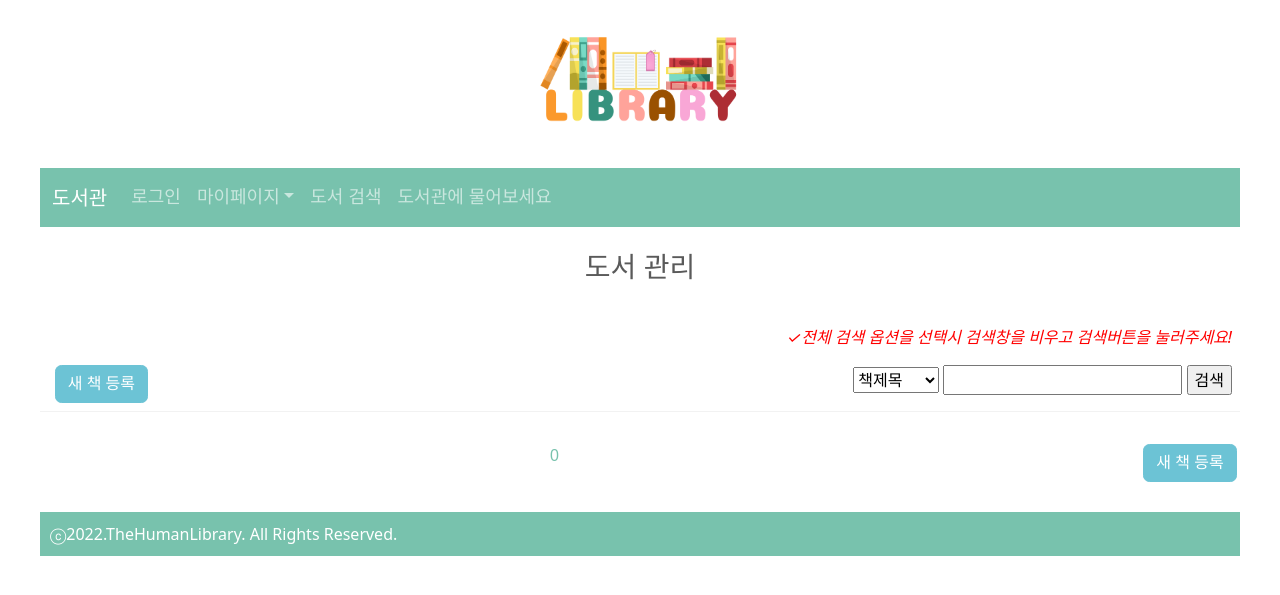
Repository: ahnbin00/Library
Page: http://localhost/BookRental/WEB-INF/book/manageBookList.jsp
These files come from the project's save history. The page is drawn as it stood at one moment and after the next save; the edit follows.
The browser window is 1280 px wide. The pictures show the whole page.
Some web fonts or font styles are not loaded; a fallback is used. Some web libraries are served in a nearby version. The page is served by Tomcat 9. Nobody is signed in. Other server files are loaded and not shown. The template is opened directly, without the code that normally fills it, so the values that code supplies are empty.

Above is the page before, as saved 2022-12-22 07:31:16.

### BookRental/src/main/webapp/WEB-INF/book/manageBookList.jsp
<%@page import="java.util.List"%>

<%@ page language="java" contentType="text/html; charset=UTF-8"
   pageEncoding="UTF-8"%>
    <%@ taglib prefix="c" uri="http://java.sun.com/jsp/jstl/core" %>
<!DOCTYPE html>
<html>
<head>
<meta charset="UTF-8">
<link rel="stylesheet"
   href="resources/bootstrap.css">
   <link rel="stylesheet" href="https://cdn.jsdelivr.net/npm/bootstrap-icons@1.7.1/font/bootstrap-icons.css">
<title>도서 목록/검색</title>
<style type="text/css">
@import url('https://fonts.googleapis.com/css2?family=Jua&display=swap');
ul li a{
text-decoration: none;
padding: 10px;
}
ul li a:hover{
background-color: #78c2ad;
color: white;
border-radius:5px;
}
th{
width: 80px;
}
</style>
</head>
<body style="width:1200px; text-align:center; margin: 0 auto;" >
	<header>
		<h1 style="text-align: center; padding-top: 30px; padding-bottom: 30px;"><img alt="로고" src="resources/logo.png" width="200px" height="100px"></h1>
    </header>

	<nav>
		<%@ include file="/WEB-INF/book/banner.jsp" %>
	</nav>
   <br>

   <h3>도서 관리</h3>



   <!-- 검색 시작 -->
   <form action="getBookListManage.do" method="post">
      <table class="table">
         <tr>
            <td align="right">
            <p style="color: red;font-style: italic;">✓전체 검색 옵션을 선택시 검색창을 비우고 검색버튼을 눌러주세요!</p>

            <div style="width: 100px; float: left;">
      			<button type="button" class="btn btn-info" onclick="location.href='insertBookPage.do'">새 책 등록</button>
   			</div>

            <select id="searchCondition" name="searchCondition">
                  <option value="TITLE" ${vo.searchCondition == 'TITLE' ? 'selected="selected"' : '' }>책제목</option>
                  <option value="WRITER" ${vo.searchCondition == 'WRITER' ? 'selected="selected"' : '' }>저자</option>
                  <option value="PUBLISHER" ${vo.searchCondition == 'PUBLISHER' ? 'selected="selected"' : '' }>출판사</option>
                  <option value="TITLE">전체 검색</option>
            </select>
            <input type="text" name="searchKeyword" value="${vo.searchKeyword }">
            <input type="submit" value="검색"></td><br>
         </tr>
      </table>
   </form>
   <!-- 검색 종료 -->


   <table class="table" style="width:1200px;">
      <c:forEach var="bookList" items="${bookList }">
         <tr>
            <td style="height:100px" rowspan="6"><img src="${bookList.image }" width="160"></td>
               <th>제목</th>
               <td>${bookList.title }</td>
          </tr>
          <tr>
               <th>ISBN</th>
               <td>${bookList.isbn }</td>
          </tr>
          <tr>
             <th>작가</th>
               <td>${bookList.writer}</td>
          </tr>
          <tr>
             <th>출판사</th>
               <td>${bookList.publisher}</td>
          </tr>
          <tr>
             <th>소개</th>
               <td>${bookList.content}</td>
          </tr>
          <tr>
             <td colspan="2">
                <button type="button" class="btn btn-dark" onclick="location.href='getBookManage.do?isbn=${bookList.isbn }'">수정</button>
                <button type="button" class="btn btn-danger" onclick="location.href='deleteBook.do?seq=${bookList.seq }'">삭제</button>
             </td>
          </tr>
       </c:forEach>
   </table>
   <div style="width: 100px; float: right;">
      <button type="button" class="btn btn-info" onclick="location.href='insertBookPage.do'">새 책 등록</button>
   </div>

   <!-- 페이징 -->
 	<div>
         <ul class="pagination" style="text-align: center; width:100px; margin: auto auto;" >
<!--             이전 페이지 시작 -->
            <c:if test='${map.startPage > 10}'>
            <li class="paginate_button page-item previous" id="dataTable_previous">
            <a href="getBookList.do?pageNum=${map.startPage-10 }" aria-controls="dataTable" data-dt-idx="0" tabindex="0" class="page-link">이전페이지</a>
            </li>
            </c:if>
<!--             이전 페이지 끝 -->

<!--             페이징 넘버링 시작 -->
            <c:forEach var="num" begin="${map.startPage }" end="${map.endPage }">
               <li class="pagination_button-item  <c:if test='${vo.pageNum eq num }'>active</c:if>">
                  <a href="getBookList.do?pageNum=${num }&searchKeyword=${vo.searchKeyword}&searchCondition=${vo.searchCondition}">${num }&nbsp;</a>
               </li>
            </c:forEach>
<!--             페이징 넘버링 끝 -->

<!--             다음 페이지 시작 -->
            <c:if test='${map.totalPages > map.endPage }'>
            <li class="paginate_button page-item next" id="dataTable_next">
            <a href="getBookList.do?pageNum=${vo.pageNum+map.nextFirstNumPage }" aria-controls="dataTable" data-dt-idx="7" tabindex="0" class="page-link">다음페이지</a>
            </li>
            </c:if>
<!--             다음 페이지 끝 -->
         </ul>
      </div>
      <br>

	<%@ include file="/WEB-INF/book/footer.jsp" %>
</body>
</html>

### BookRental/src/main/webapp/WEB-INF/book/banner.jsp
<%@ page language="java" contentType="text/html; charset=UTF-8"
   pageEncoding="UTF-8"%>
<%@ taglib prefix="c" uri="http://java.sun.com/jsp/jstl/core" %>
<!DOCTYPE html>
<html>
<head>
<meta charset="UTF-8">
<link rel="stylesheet"
   href="../resources/bootstrap.css">
   <script src="https://cdn.jsdelivr.net/npm/bootstrap@5.2.2/dist/js/bootstrap.bundle.min.js" integrity="sha384-OERcA2EqjJCMA+/3y+gxIOqMEjwtxJY7qPCqsdltbNJuaOe923+mo//f6V8Qbsw3" crossorigin="anonymous"></script>
<title>상단 메인 배너</title>
<style type="text/css">
@import url('https://fonts.googleapis.com/css2?family=Jua&display=swap');
body ul, a{
font-family: 'Jua', sans-serif;
}
</style>
</head>
<body style="width:1200px;">
<nav class="navbar navbar-expand-lg navbar-dark bg-primary">
  <div class="container-fluid">
    <a class="navbar-brand" href="index.do">도서관</a>
    <button class="navbar-toggler" type="button" data-bs-toggle="collapse" data-bs-target="#navbarColor01" aria-controls="navbarColor01" aria-expanded="false" aria-label="Toggle navigation">
      <span class="navbar-toggler-icon"></span>
    </button>
    <div class="collapse navbar-collapse" id="navbarColor01">
      <ul class="navbar-nav me-auto">
        <li class="nav-item">
        <c:choose>
         <c:when test="${empty id }">
            <a class="nav-link" href="login.do" style="font-size:18px">로그인
            <span class="visually-hidden">(current)</span>
             </a>
         </c:when>
         <c:otherwise>
             <a class="nav-link" href="logout.do" style="font-size:18px">로그아웃
             <span class="visually-hidden">(current)</span>
             </a>
         </c:otherwise>
         </c:choose>
         <c:if test="${id eq 'admin' }">
        	<li class="nav-item">
			<a class="nav-link" href="getMemberList.do">회원 관리</a>
			</li>
			<li class="nav-item">
			<a class="nav-link" href="getBookListManage.do">도서 관리</a>
			</li>
			<li class="nav-item">
			<a class="nav-link" href="getRentalList.do">대여 현황</a>
			</li>
			<li class="nav-item">
			<a class="nav-link" href="getQnaListManage.do">도서관에 물어보세요</a>
			</li>
         </c:if>
        </li>
        <c:if test="${id ne 'admin' }">
        <li class="nav-item dropdown">
          <a class="nav-link dropdown-toggle" data-bs-toggle="dropdown" role="button" aria-haspopup="true" aria-expanded="false" style="font-size:18px">마이페이지</a>
          <div class="dropdown-menu">
             <c:choose>
             <c:when test="${empty id }">
             <a class="dropdown-item" href="login.do" style="font-size:18px">회원정보수정</a>
            <a class="dropdown-item" href="login.do" style="font-size:18px">회원대출정보</a>
             </c:when>
             <c:otherwise>
             <a class="dropdown-item" href="getMember.do?id=${id}" style="font-size:18px">회원정보수정</a>
            <a class="dropdown-item" href="memberRental.do?id=${id}" style="font-size:18px">회원대출정보</a>
             </c:otherwise>
             </c:choose>
          </div>
        </li>
        <li class="nav-item">
          <a class="nav-link" href="getBookList.do" style="font-size:18px">도서 검색</a>
        </li>
        <li class="nav-item">
          <a class="nav-link" href="getQnaList.do" style="font-size:18px">도서관에 물어보세요</a>
        </li>
      </ul>
      </c:if>
<!--       <form class="d-flex"> -->
<!--         <input class="form-control me-sm-2" type="text" placeholder="Search"> -->
<!--         <button class="btn btn-secondary my-2 my-sm-0" type="submit">Search</button> -->
<!--       </form> -->
    </div>
  </div>
</nav>

</body>
</html>

### BookRental/src/main/webapp/WEB-INF/book/footer.jsp
<%@ page language="java" contentType="text/html; charset=UTF-8"
    pageEncoding="UTF-8"%>
<!DOCTYPE html>
<html>
<head>
<meta charset="UTF-8">
<title>Insert title here</title>
<style type="text/css">
footer{
margin-top: 20px;
padding: 10px;
width: 1200px;
background-color: #78c2ad;
text-align: left;
color: white;
}
</style>
</head>
<body>

   <footer>
		ⓒ2022.TheHumanLibrary. All Rights Reserved.
   </footer>

</body>
</html>

Loaded but not shown: BookRental/src/main/webapp/resources/bootstrap.css (library)

After the next save:
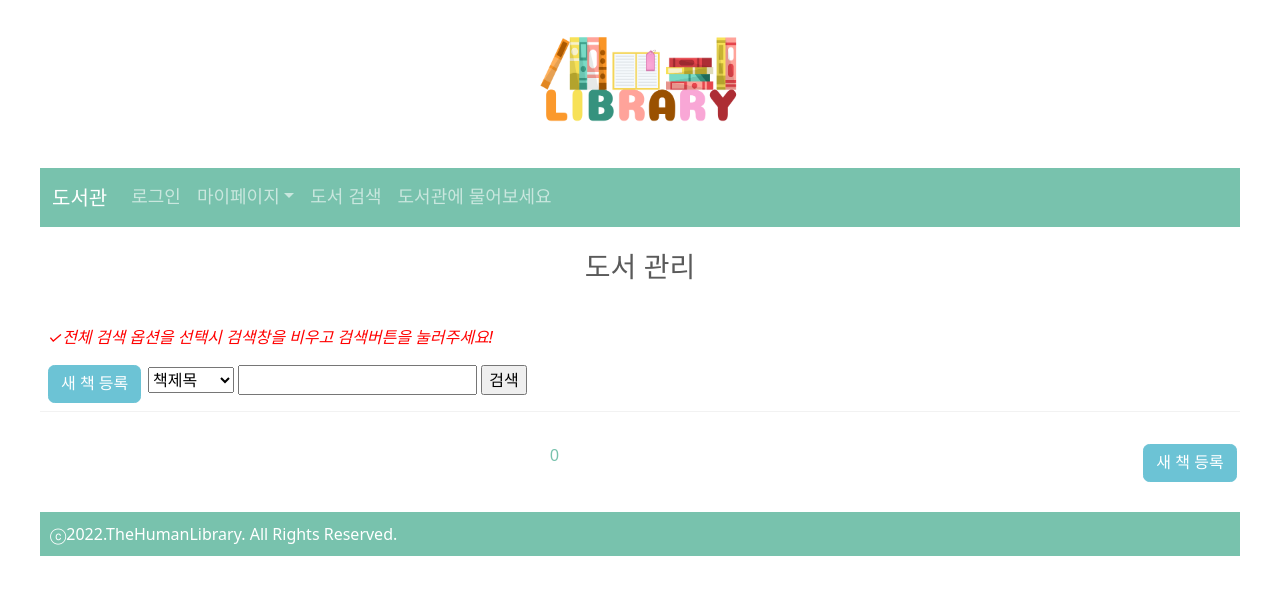
Saved 61 s later.
--- a/BookRental/src/main/webapp/WEB-INF/book/manageBookList.jsp
+++ b/BookRental/src/main/webapp/WEB-INF/book/manageBookList.jsp
@@ -24,6 +24,9 @@
 }
 th{
 width: 80px;
+}
+td{
+text-align: left;
 }
 </style>
 </head>

After the save that followed:
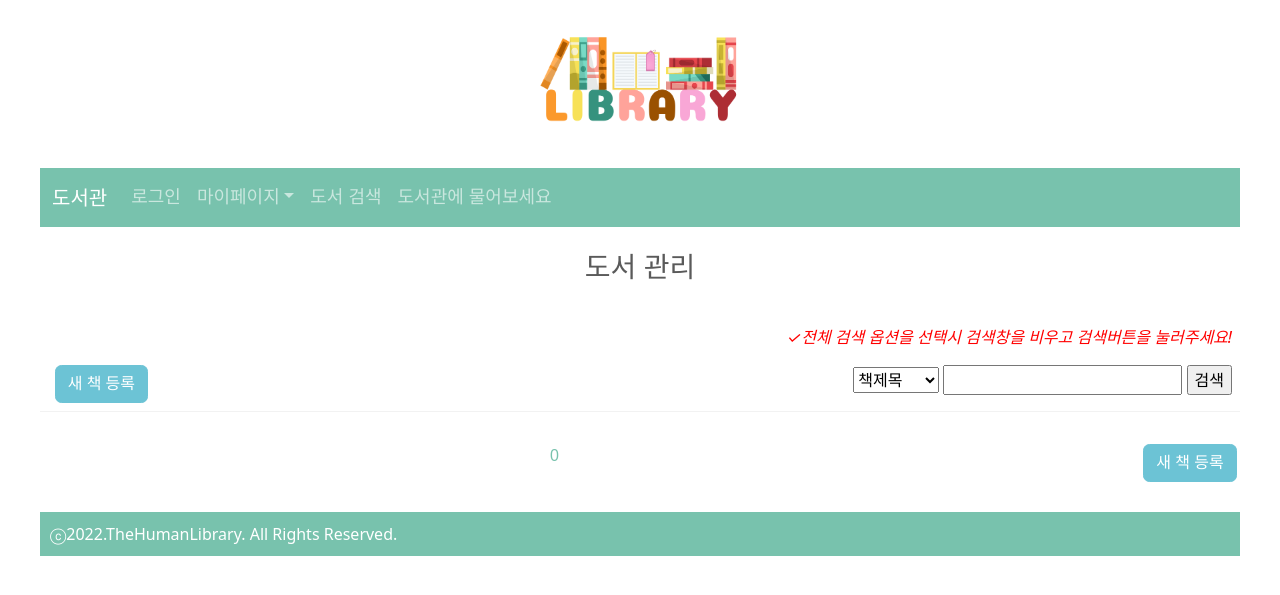
Saved 23 s later.
--- a/BookRental/src/main/webapp/WEB-INF/book/manageBookList.jsp
+++ b/BookRental/src/main/webapp/WEB-INF/book/manageBookList.jsp
@@ -24,9 +24,6 @@
 }
 th{
 width: 80px;
-}
-td{
-text-align: left;
 }
 </style>
 </head>
